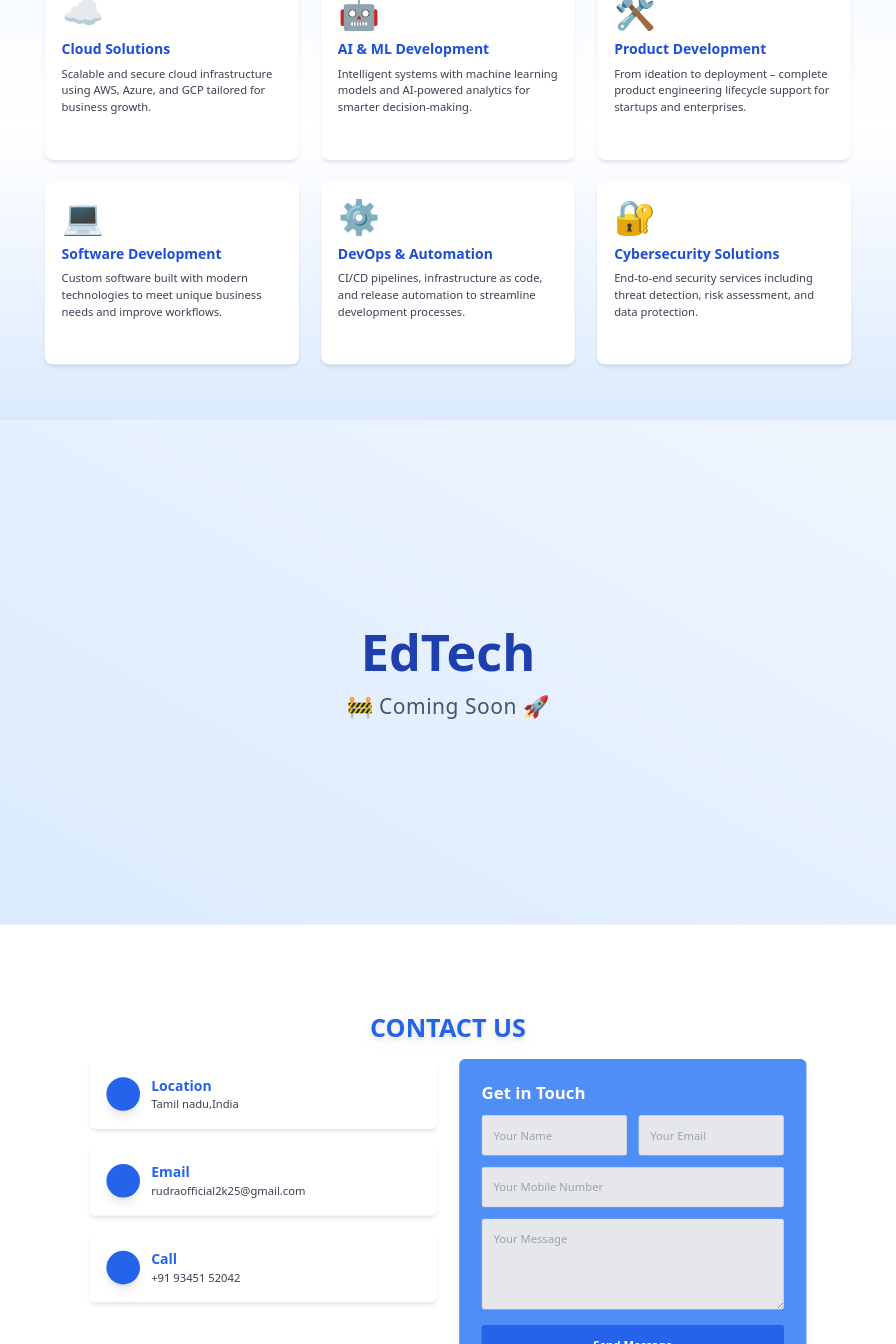
Repository: Rudra-Eswaran/Rudra_Official
Page: /
An editor plug-in stored every save of this project. The page is shown before and after the next save, followed by the edit.
The browser window is 1280 px wide. The pictures show the part of the page from y = 2507 to 4427 px (the page is 4832 px tall), at 70% of full size.
Some web libraries are served in a nearby version. The project was rebuilt for these pictures with package versions that can differ from the ones it lists, and the page was loaded fresh each time. Also part of the build but not shown: vite.config.js, src/components/Success.jsx, src/components/Failure.jsx.

Above is the page before, as saved 2025-04-16 21:06:43.

After the next save:
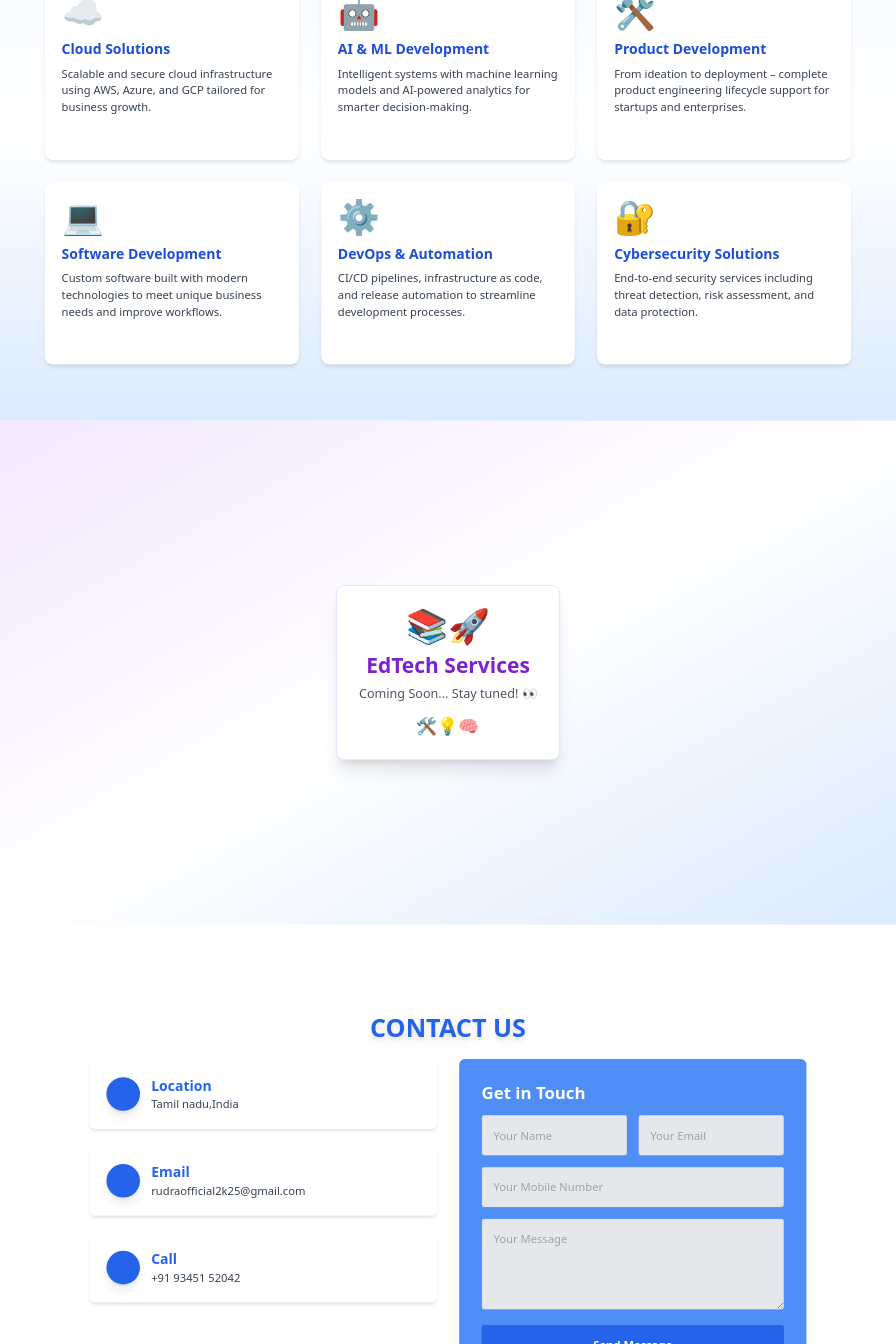
Saved 77 s later.
--- a/src/pages/Edtech.jsx
+++ b/src/pages/Edtech.jsx
@@ -6,25 +6,24 @@
   useEffect(() => {
     AOS.init({
       duration: 1000,
-      once: false,         // ❗ allow animations every time it comes into view
-      mirror: true,        // animate again when scrolling back up
+      once: false,
+      mirror: true,
+      offset: 100,
     });
 
-    AOS.refresh();         // reinitializes AOS on render
+    AOS.refresh(); // important!
   }, []);
 
   return (
     <section
-      className="w-screen h-screen flex items-center justify-center bg-gradient-to-tr from-blue-100 to-blue-50"
-      data-aos="zoom-in"
+      className="w-full h-screen flex items-center justify-center bg-gradient-to-br from-purple-100 via-white to-blue-100"
+      data-aos="fade-up"
     >
-      <div className="text-center">
-        <h1 className="text-6xl md:text-7xl font-extrabold text-blue-800 mb-6">
-          EdTech
-        </h1>
-        <p className="text-2xl md:text-3xl text-gray-600 tracking-wide">
-          🚧 Coming Soon 🚀
-        </p>
+      <div className="text-center p-8 rounded-xl bg-white shadow-xl border border-purple-200">
+        <div className="text-5xl mb-4">📚🚀</div>
+        <h1 className="text-3xl font-bold text-purple-700">EdTech Services</h1>
+        <p className="text-lg text-gray-600 mt-2">Coming Soon... Stay tuned! 👀</p>
+        <div className="mt-4 text-2xl">🛠️💡🧠</div>
       </div>
     </section>
   );
